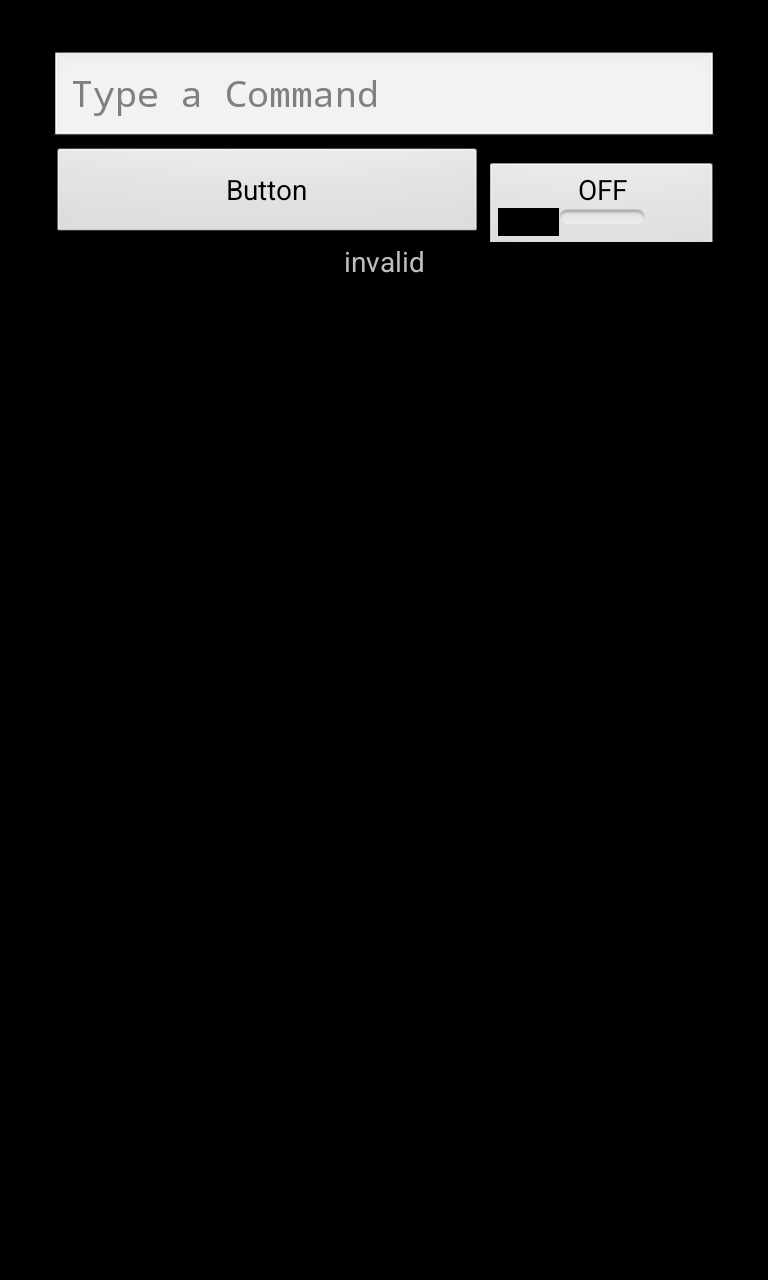
Repository: mcranwill/java_android
Layout: newboston/res/layout/text.xml
The author's editor kept a copy of each file at every save. The layout is drawn from the files as they stood at one save, then again after the next save.
It is drawn on a 768 x 1280 px phone screen (xhdpi) without system bars, with theme android:Theme; the app's code is not run.

Above is the layout before, as saved 2012-06-10 18:43:30.

### newboston/res/layout/text.xml
<?xml version="1.0" encoding="UTF-8"?>
<LinearLayout xmlns:android="http://schemas.android.com/apk/res/android"
    android:padding="25dp"
    android:layout_width="match_parent"
    android:layout_height="match_parent"
    android:orientation="vertical" >

    <EditText
        android:id="@+id/etCommands"
        android:layout_width="fill_parent"
        android:layout_height="wrap_content"
        android:hint="@string/basic_hint"
        android:password="true" />

    <LinearLayout
        android:layout_width="fill_parent"
        android:layout_height="wrap_content"
        android:orientation="horizontal"
        android:weightSum="100">

        <Button
            android:layout_weight="35"
            android:id="@+id/bResults"
            android:layout_width="fill_parent"
            android:layout_height="wrap_content"
            android:text="Button" />

        <ToggleButton
            android:id="@+id/toggleButton1"
            android:layout_width="fill_parent"
            android:layout_height="wrap_content"
            android:layout_weight="65"
            android:text="ToggleButton" />

    </LinearLayout>

    <TextView
        android:id="@+id/tvResutls"
        android:layout_width="fill_parent"
        android:layout_height="wrap_content"
        android:gravity="center"
        android:text="invalid" />

</LinearLayout>

### newboston/res/values/strings.xml
<?xml version="1.0" encoding="utf-8"?>
<resources>

    <string name="hello">Hello World, StartingPoint!</string>
    <string name="app_name">Newboston</string>
    <string name="basic_hint">Type a Command</string>

</resources>

After the next save:
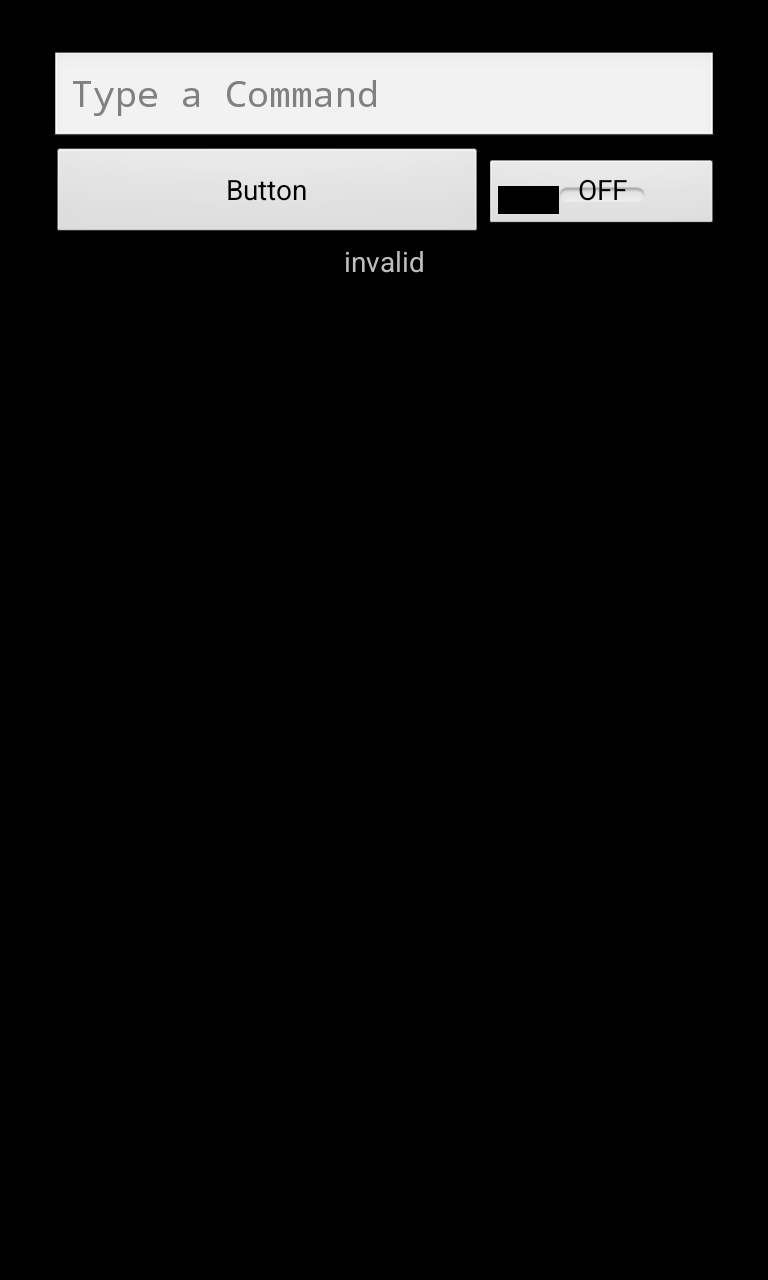
Saved 77 s later.
--- a/newboston/res/layout/text.xml
+++ b/newboston/res/layout/text.xml
@@ -30,6 +30,7 @@
             android:layout_width="fill_parent"
             android:layout_height="wrap_content"
             android:layout_weight="65"
+            android:paddingBottom="10dp"
             android:text="ToggleButton" />
 
     </LinearLayout>
